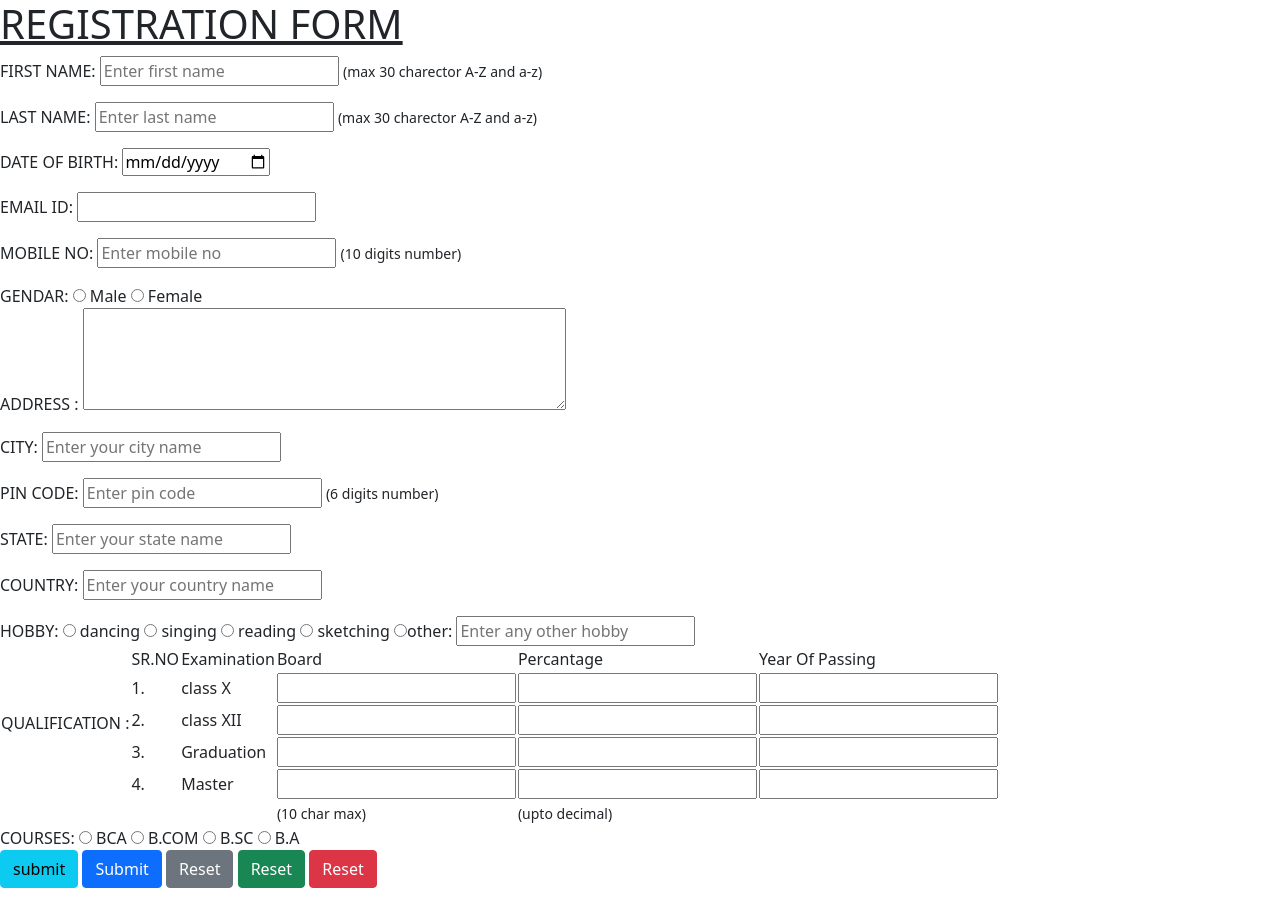
Repository: MintuKrishnan/subrahmanyam-batch
Page: front-end/html/form.html
The author's editor kept a copy of each file at every save. The page is drawn from the files as they stood at one save, then again after the next save.
The browser window is 1280 px wide. The pictures show the whole page.

Above is the page before, as saved 2021-02-26 15:08:57.

After the next save:
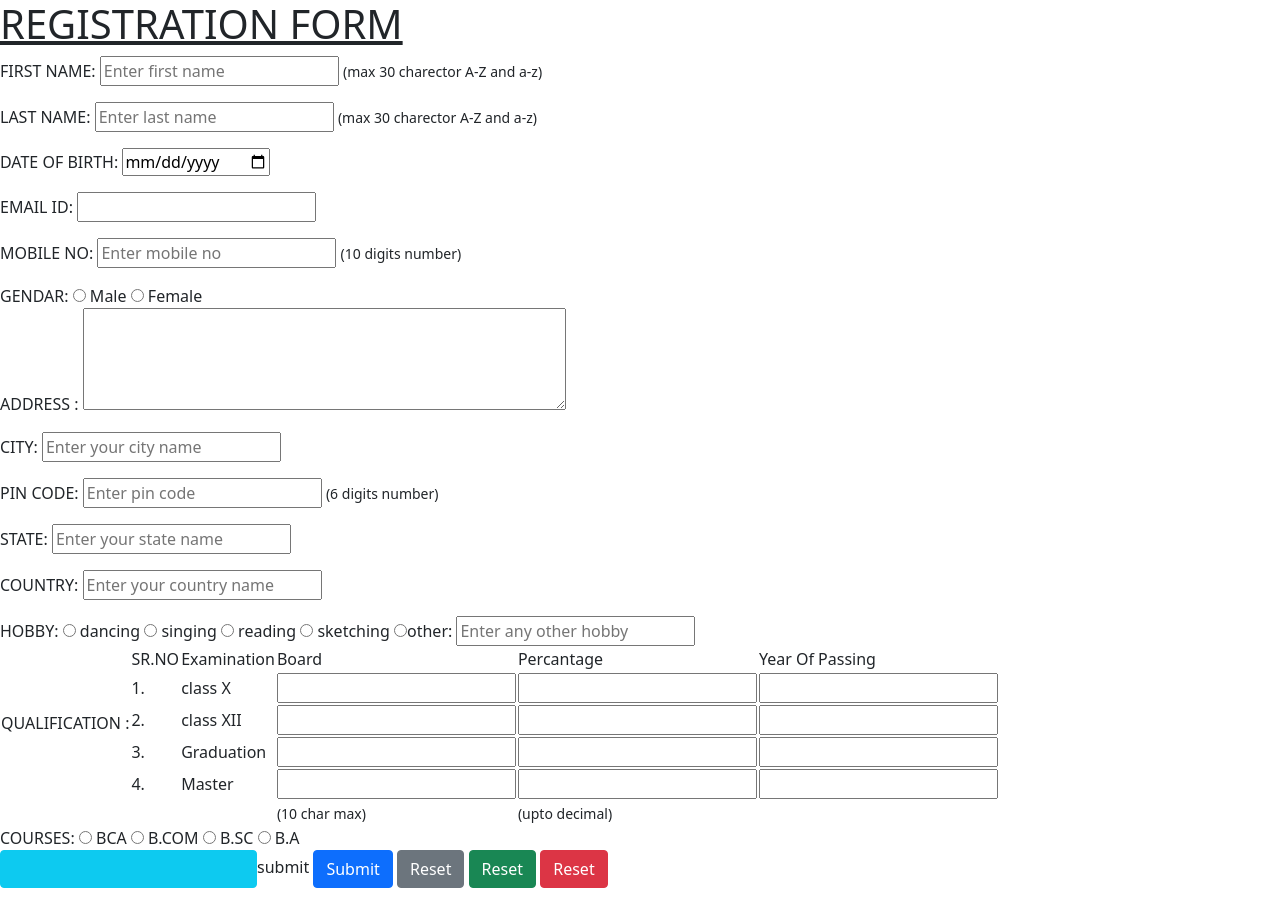
Saved 17 s later.
--- a/front-end/html/form.html
+++ b/front-end/html/form.html
@@ -124,7 +124,7 @@
 
     <p>
 
-        <button class="btn btn-info">submit</button>
+        <input class="btn btn-info">submit</input>
         <input type="submit" class="btn btn-primary">
         <input type="reset" class="btn btn-secondary">
         <input type="reset" class="btn btn-success">

After the save that followed:
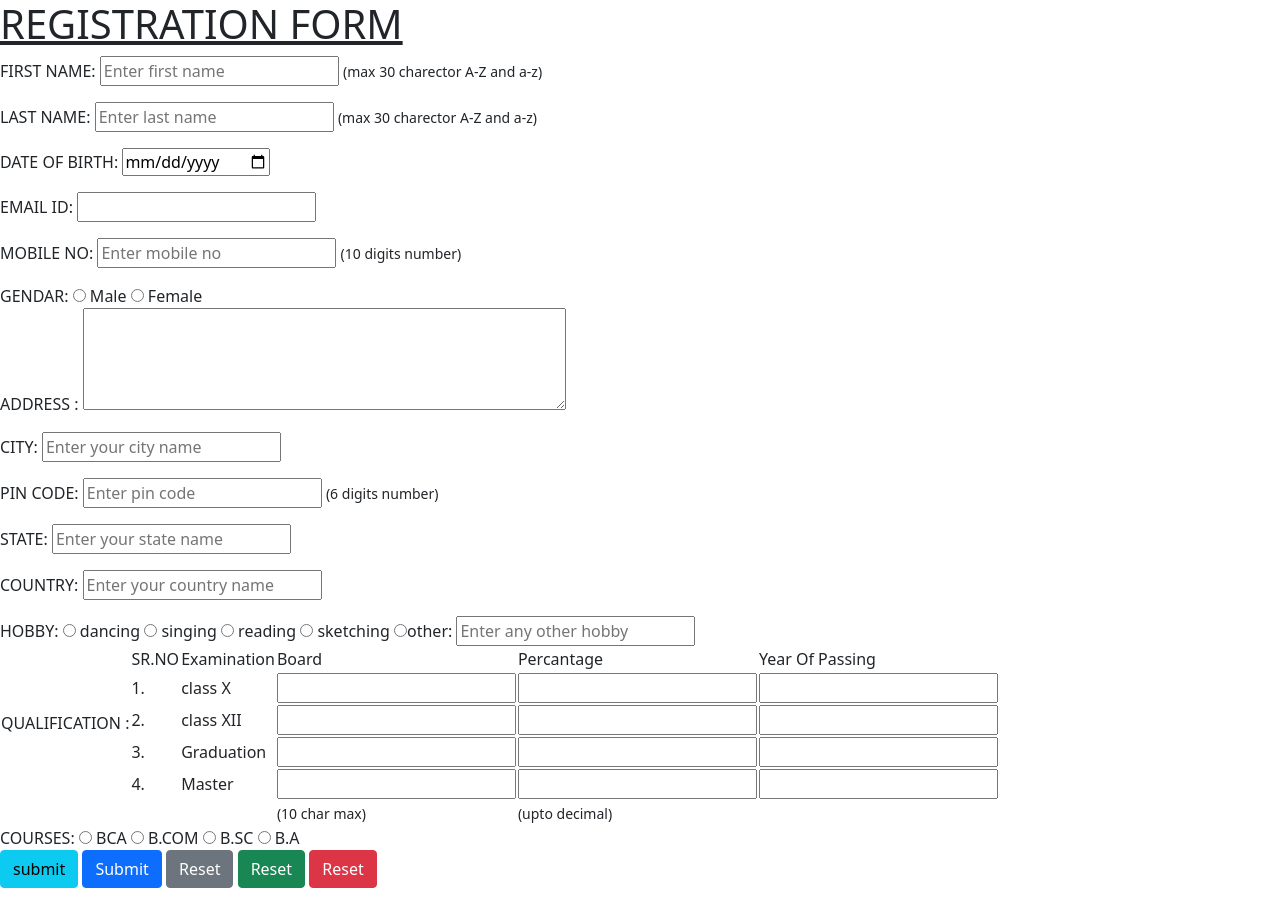
Saved 11 s later.
--- a/front-end/html/form.html
+++ b/front-end/html/form.html
@@ -124,7 +124,7 @@
 
     <p>
 
-        <input class="btn btn-info">submit</input>
+        <button class="btn btn-info">submit</button>
         <input type="submit" class="btn btn-primary">
         <input type="reset" class="btn btn-secondary">
         <input type="reset" class="btn btn-success">
